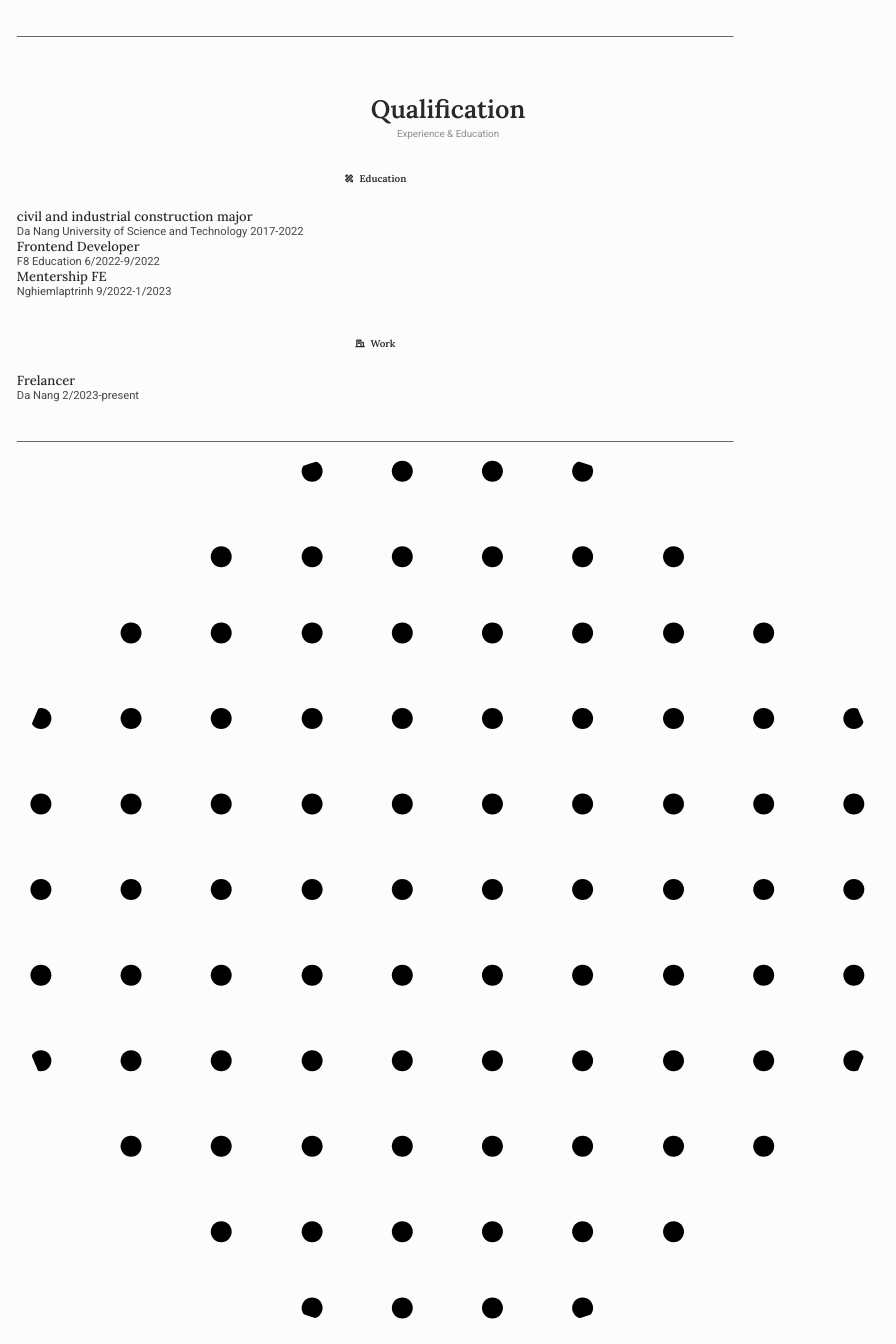
Repository: hnguyeng/myportfoliohongnguyen
Page: index.html
An editor plug-in stored every save of this project. The page is shown before and after the next save, followed by the edit.
The browser window is 1280 px wide. The pictures show the part of the page from y = 3108 to 5028 px (the page is 5304 px tall before and 5368 px after), at 70% of full size.
Some web libraries are served in a nearby version.

Above is the page before, as saved 2023-07-18 16:03:59.

### index.html
<!DOCTYPE html>
<html lang="en">
<head>
    <meta charset="UTF-8">
    <meta name="viewport" content="width=device-width, initial-scale=1.0">
    <title>Document</title>
    <link rel="stylesheet" href="./assets/css/style.css">
    <!-- remixicon -->
    <link href="https://cdn.jsdelivr.net/npm/remixicon@3.4.0/fonts/remixicon.css" rel="stylesheet">
    <!-- google fonts -->
    <link rel="preconnect" href="https://fonts.googleapis.com">
    <link rel="preconnect" href="https://fonts.gstatic.com" crossorigin>
    <link href="https://fonts.googleapis.com/css2?family=Inter:wght@600&family=Lobster&family=Lora:wght@400;500;600&family=Permanent+Marker&family=Poppins:wght@300;400;500;600;700;800;900&family=Roboto:wght@400;500&display=swap" rel="stylesheet">
</head>
<body>
    <!-- header -->
    <header class="header" id="header">
        <nav class="nav container">
            <a href="#" class="nav__logo">
                HongNguyen
            </a>
            <div class="nav__menu" id="nav-menu">
                <ul class="nav__list grid">
                    <li class="nav__item">
                        <a href="#home" class="nav__link">
                            <i class="ri-home-5-line"></i> Home
                        </a>
                    </li>
                    <li class="nav__item">
                        <a href="#skills" class="nav__link">
                            <i class="ri-trophy-line"></i> Skills
                        </a>
                    </li>
                    <li class="nav__item">
                        <a href="#qualification" class="nav__link">
                            <i class="ri-book-open-line"></i> Qualification
                        </a>
                    </li>
                    <li class="nav__item">
                        <a href="#services" class="nav__link">
                            <i class="ri-briefcase-line"></i> Services
                        </a>
                    </li>
                    <li class="nav__item">
                        <a href="#projects" class="nav__link">
                            <i class="ri-briefcase-line"></i> Projects
                        </a>
                    </li>
                    <li class="nav__item">
                        <a href="#contact" class="nav__link">
                            <i class="ri-chat-3-line"></i> Contact
                        </a>
                    </li>

                </ul>
                <!-- close button -->
                <div class="nav__close" id="nav-close">
                    <i class="ri-close-line"></i>
                </div>
            </div>
            <div class="nav__buttons">
                <!-- Theme change button -->
                <!-- <i class="ri-moon-line change theme" id="theme-button"></i> -->
                <!-- Toggle button -->
                <div class="nav__toggle" id="nav-toggle">
                    <i class="ri-menu-4-line"></i>
                </div>
            </div>
        </nav>
    </header>
    <!-- main -->
    <main class="main">
        <!-- ==============HOME=============== -->
        <section class="home section" id="home">
            <div class="home__container container grid section__border">
                <div class="home__data grid">
                    <h1 class="home__title">
                        Hi, I'm Hong <br>
                        Frontend Developer <br>
                        Based in Da Nang <br>
                    </h1>
                    <div class="home__blob grid">
                        <div class="home__perfil">
                            <img src="./assets/imgs/perfil.png" alt="home perfil">
                        </div>
                        <img src="./assets/imgs/shape-wawes.svg" alt="" class="home__shape-wawes">
                        <img src="./assets/imgs/shape-circle.svg" alt="" class="home__shape-circle">
                    </div>
                    <ul class="home__social">
                        <a href="https://www.linkedin.com/in/hongnguyen22/" target="_blank" class="home__social-link">
                            <i class="ri-linkedin-box-line"></i>
                        </a>
                        <a href="https://github.com/hnguyeng" target="_blank" class="home__social-link">
                            <i class="ri-github-line"></i>
                        </a>
                        <a href="https://www.facebook.com/Hin229" target="_blank" class="home__social-link">
                            <i class="ri-facebook-circle-fill"></i>
                        </a>
                    </ul>
                </div>
                <!-- ==============HOME INFO 1=============== -->
                <div class="home__info">
                    <div>
                        <h3 class="home__info-title">
                            BIOGRAPHY
                        </h3>
                        <p class="home__info-description">
                            Hi, I'm Hong, Frontend Developer.
                            Passionate about designing beautiful web interfaces.
                        </p>
                    </div>
                    <div>
                        <h3 class="home__info-title">
                            CONTACT
                        </h3>
                        <p class="home__info-description">
                            Ngu Hanh Son, Da Nang <br>
                            quanghong22091999@gmail.com <br>
                            +84 352927756 <br>
                        </p>
                    </div>
                    <div>
                        <h3 class="home__info-title">
                            SERVICES
                        </h3>
                        <p class="home__info-description">
                            Website Design <br>
                        </p>
                    </div>
                </div>
                <!-- ==============HOME INFO 2=============== -->
                <div class="home__info">
                    <div>
                        <h3 class="home__info-title">
                            YEARS OF EXPERIENCE
                        </h3>
                        <p class="home__info-number">
                        06+
                        </p>
                    </div>
                    <div>
                        <h3 class="home__info-title">
                            COMPLETED PROJECTS
                        </h3>
                        <p class="home__info-number">
                            03+
                        </p>
                    </div>
                    <div>
                        <h3 class="home__info-title">
                            COMPANIES WOKED
                        </h3>
                        <p class="home__info-number">
                            01+
                        </p>
                    </div>
                </div>
            </div>
        </section>
        <!-- ================SKILLS=========== -->
        <section class="skills section" id="skills">
            <h2 class="section__title">Skills</h2>
            <span class="section__subtitle">My favorite skills</span>
            <div class="skills__container container grid section__border">
                <!-- ================SKILLs1=========== -->
                <div class="skills__content">
                    <h3 class="skills__title">
                        <i class="ri-braces-line"></i> Frontend Deverloper
                    </h3>

                    <div class="skills__info">
                        <div class="skills__data">
                            <div class="skills__blob">
                                <img src="./assets/imgs/html-1.svg" alt="skills image">
                            </div>

                            <h3 class="skills__name">HTML</h3>
                            <span class="skills__subtitle">Intermediate</span>
                        </div>
                    </div>
                    <div class="skills__info">
                        <div class="skills__data">
                            <div class="skills__blob">
                                <img src="./assets/imgs/css-3.svg" alt="skills image">
                            </div>
                            <h3 class="skills__name">CSS</h3>
                            <span class="skills__subtitle">Intermediata</span>
                        </div>
                    </div>
                    <div class="skills__info">
                        <div class="skills__data">
                            <div class="skills__blob">
                                <img src="./assets/imgs/logo-javascript.svg" alt="skills image">
                            </div>
                            <h3 class="skills__name">Javascript</h3>
                            <span class="skills__subtitle">Intermediate</span>
                        </div>
                    </div>
                    <div class="skills__info">
                        <div class="skills__data">
                            <div class="skills__blob">
                                <img src="./assets/imgs/react-2.svg" alt="skills image">
                            </div>
                            <h3 class="skills__name">React</h3>
                            <span class="skills__subtitle">Basic</span>
                        </div>
                    </div>
                    <div class="skills__info">
                        <div class="skills__data">
                            <div class="skills__blob">
                                <img src="./assets/imgs/git-icon.svg" alt="skills image">
                            </div>
                            <h3 class="skills__name">Git</h3>
                            <span class="skills__subtitle">Intermediate</span>
                        </div>
                    </div>
                </div>
                <!-- ================SKILLs2=========== -->
                <div class="skills__content">
                    <h3 class="skills__title">
                        <i class="ri-pantone-line"></i> web Designer
                    </h3>
                    </div>
                    <div class="skills__info">
                        <div class="skills__data">
                            <div class="skills__blob">
                                <img src="./assets/imgs/figma-1.svg" alt="skills image">
                            </div>
                            <h3 class="skills__name">Figma</h3>
                            <span class="skills__subtitle">Basic</span>
                        </div>
                    </div>
                    <div class="skills__info">
                        <div class="skills__data">
                            <div class="skills__blob">
                                <img src="./assets/imgs/adobe-xd-2.svg" alt="skills image">
                            </div>
                            <h3 class="skills__name">Adobe XD</h3>
                            <span class="skills__subtitle">Basic</span>
                        </div>
                    </div>
                    <div class="skills__info">
                        <div class="skills__data">
                            <div class="skills__blob">
                                <img src="./assets/imgs/adobe-photoshop-2.svg" alt="skills image">
                            </div>
                            <h3 class="skills__name">Adobe Photoshp</h3>
                            <span class="skills__subtitle">Basic</span>
                        </div>
                    </div>
                </div>
            </div>
        </section>
        <!-- =============QUALIFICATION============= -->
        <section class="qualification section" id="qualification">
            <h2 class="section__title">Qualification</h2>
            <span class="section__subtitle">Experience & Education</span>

            <div class="qualifiation__container container grid section__border">
                <!-- =============QUALIFICATION 1============= -->
                <div class="qualification__content">
                    <h3 class="qualification__title">
                        <i class="ri-pencil-ruler-2-line"></i>Education
                    </h3>

                    <div class="qualification__info">
                        <div>
                            <h3 class="qualification__name">
                                civil and industrial construction major
                            </h3>
                            <span class="qualification__country">Da Nang University of Science and Technology</span>
                            <span class="qualification__year">2017-2022</span>
                        </div>

                        <div>
                            <h3 class="qualification__name">
                                Frontend Developer
                            </h3>
                            <span class="qualification__country">F8 Education</span>
                            <span class="qualification__year">6/2022-9/2022</span>
                        </div>

                        <div>
                            <h3 class="qualification__name">
                                Mentership FE
                            </h3>
                            <span class="qualification__country">Nghiemlaptrinh</span>
                            <span class="qualification__year">9/2022-1/2023</span>
                        </div>
                    </div>
                </div>
                 <!-- =============QUALIFICATION 2============= -->
                 <div class="qualification__content">
                    <h3 class="qualification__title">
                        <i class="ri-building-line"></i> Work
                    </h3>

                    <div class="qualification__info">
                        <div>
                            <h3 class="qualification__name">
                                Frelancer
                            </h3>
                            <span class="qualification__country">Da Nang</span>
                            <span class="qualification__year">2/2023-present</span>
                        </div>
                    </div>
                </div>
            </div>
            <img src="./assets/imgs/shape-circle.svg" alt="qualification image" class="qualiication__img">
        </section>
        <!-- =====================SERVICES================= -->
        <section class="services section" id="servives"></section>
        <!-- ====================PROJECTS=================== -->
        <section class="projects section" id="projects"></section>
        <!-- ===============TESTIMONIAL============== -->
        <section class="testimonial section"></section>
    </main>

    <script src="./assets/js/main.js"></script>
</body>
</html>

### assets/css/style.css
/* =============VARIABLES CSS============ */
:root {
    --header-height: 3.5rem;
    /* ========= Colors ========== */
    /*Colors mode HSL(hue, saturation, lightness)*/
    --first-color: hsl(207, 65%, 65%);
    --title-color: hsl(207, 4%, 16%);
    --text-color: hsl(207, 4%, 28%);
    --text-color-light: hsl(207, 4%, 56%);
    --body-color: hsl(207, 4%, 99%);
    --container-color: hsl(207, 4%, 95%);
    /* Change the first number */
    /* Blue: 207 - Purple: 250 - Pink: 356 - Teal: 174 */
    --gradient-color: linear-gradient(180deg,
                         hsla(207, 48%, 72%, 0),
                         hsla(207, 65%, 65%, 1));
    /* ========== Font and typography ========== */
    /*.5rem = 8px | 1rem = 16px ... */
    --body-font: 'Roboto', sans-serif;
    --title-font: 'Lora', serif;
    --biggest-font-size: 1.5rem;
    --h1-font-size: 1.5rem;
    --h2-font-size: 1.25rem;
    --h3-font-size: 1rem;
    --normal-font-size:.938rem;
    --small-font-size:.813rem;
    --smaller-font-size:.75rem;
    --tiny-font-size:.625rem;
    /* ==========Font weight======== */
    --font-medium: 500;
    --font-semi-bold: 600;
    /* ===========z index======== */
    --z-normal: 1;
    --z-tooltip: 10;
    --z-fixed: 100;
}
/* Reponsive typographt */
@media screen and (min-width: 1024px) {
    :root {
        --biggest-font-size: 3rem;
        --h1-font-size: 2.25rem;
        --h2-font-size: 1.rem;
        --h3-font-size: 1.25rem;
        --normal-font-size: 1rem;
        --small-font-size: .875rem;
        --smaller-font-size: .813rem;
        --tiny-font-size: .688rem;
    }
}
/* ===============BASE============= */
*{
    margin: 0;
    padding: 0;
    box-sizing: border-box;
}
html{
    scroll-behavior: smooth;
}
body{
    font-family: var(--body-font);
    font-size: var(--normal-font-size);
    background-color:var(--body-color);
    color: var(--text-color);
}
h1,h2,h3{
    color: var(--title-color);
    font-family: var(--title-font);
    font-weight: var(--font-medium);
}
ul{
    list-style: none;
}
a{
    text-decoration: none;
}
img{
    width: 100%;
    height: auto;
}
/* ===========REUSABLE CSS CLASSES============ */
.container{
    max-width: 1024px;
    margin-inline: 1.5rem;
}
.grid{
    display: grid;
    gap: 1.5rem;
}
.section{
    padding-block: 2.5rem;
}
.section__border{
    border-bottom: 1px solid var(--title-color);
    padding-bottom: 3.5rem;
}
.section__title,
.section__subtitle{
    text-align: center;
}
.section__title{
    font-size: var(--h1-font-size);
    font-weight: var(--font-semi-bold);
    margin-bottom: .25rem;
}
.section__subtitle{
    display: block;
    font-size: var(--small-font-size);
    color: var(--text-color-light);
    margin-bottom: 3rem;
}
.main{
    overflow: hidden;
}
/* ============= HEADER AND NAV ============ */
.header{
    width: 100%;
    position: fixed;
    bottom: 2rem;
    left: 0;
    z-index: var(--z-fixed);
}
.nav{
    height: calc(var(--header-height) + .5rem);
    display: flex;
    justify-content: space-between;
    align-items: center;
    background-color: var(--body-color);
    box-shadow: 0 4px 20px hsla(207, 24%, 35%, .1);
    padding-inline: 1.5rem;
    border-radius: 3rem;
}
.nav__logo,
.nav__toggle,
.nav__close{
    color: var(--title-color);
}
.nav__logo{
    font-weight: var(--font-medium);
    font-family: var(--title-font);
}
.nav__toggle{
    display: flex;
    font-size: 1.25rem;
    cursor: pointer;
}
@media screen and (max-width:1023px) {
    .nav__menu{
        position: fixed;
        width: 88%;
        right: 0;
        left: 0;
        bottom: -60%;
        margin: 0 auto;
        background-color: var(--body-color);
        box-shadow: 0 4px 20px hsla(207, 24%, 35%, .1);
        padding: 2rem 1.5rem 5rem;
        border-radius: 2rem;
        transition: bottom .3s;
    }
}
.nav__list{
    grid-template-columns: repeat(3, max-content);
    justify-content: center;
    gap: 2rem 3rem;
}
.nav__link{
    display: flex;
    flex-direction: column;
    align-items: center;
    row-gap: .25rem;
    font-size: var(--smaller-font-size);
    color: var(--text-color-light);
    transition: color .3s;
}
.nav__link:hover{
    color: var(--title-color);
}
.nav__link i{
    font-size: 1.25rem;
}
.nav__close{
    position: absolute;
    right: 1.5rem;
    bottom: .7rem;
    font-size: 1.5rem;
    cursor: pointer;
}
/* Show menu  */
.show-menu{
    bottom: 2rem;
}
/* Active link  */
/* =================HOME=============== */
.home__container{
    row-gap: 4rem;
    padding-top: 2rem;
}
.home__data{
    row-gap: 1.5rem;
}
.home__title{
    text-align: center;
    font-size: var(--biggest-font-size);
    letter-spacing: .3px;
    margin-bottom: .5rem;
}
.home__blob{
    position: relative;
    width: 200px;
    height: 290px;
    background-color: var(--body-color);
    border: 2px solid var(--text-color-light);
    justify-self: center;
    border-radius: 6.25rem;
    place-items: center;
}
.home__perfil{
    width: 170px;
    height: 260px;
    background: var(--gradient-color);
    border-radius: 5.5rem;
    overflow: hidden;
    display: flex;
    justify-content: center;
    align-items: flex-end;
}
.home__perfil img{
    height: 260px;
    object-fit: cover;
}
.home__shape-wawes,
.home__shape-circle{
    position: absolute;
    opacity: .1;
}
.home__shape-wawes{
    width: 50px;
    left: -1.5rem;
    top: 5rem;
}
.home__shape-circle{
    width: 150px;
    bottom: -2rem;
    right: -3rem;
    transform: rotate(15deg);
    z-index: -1;
}
.home__social{
    justify-self: center;
    display: flex;
    column-gap: 1.25rem;
}
.home__social-link{
    font-size: 1.25rem;
    color: var(--text-color-light);
    transition: color .3s;
}
.home__social-link:hover{
    color: var(--title-color);
}
.home__info{
    display: grid;
    row-gap: 2rem;
}
.home__info-title{
    font-size: var(--smaller-font-size);
    font-family: var(--body-font);
    font-weight: 400;
    color: var(--text-color-light);
    margin-bottom: 1rem;
}
.home__info-description,
.home__info-number{
    font-family: var(--title-font);
    color: var(--title-color);
}
.home__info-description{
    padding-right: 4rem;
}
.home__info-number{
    font-weight: var(--font-semi-bold);
    font-size: var(--h1-font-size);
}
/* ================skills============= */
.skills__container{
    row-gap: 3.5rem;
}
.skills__title{
    display: flex;
    justify-content: center;
    align-items: center;
    column-gap: .5rem;
    font-size: var(--small-font-size);
    font-weight: var(--font-semi-bold);
    margin-bottom: 2.5rem;
}
.skills__title i{
    font-size: 1rem;
    font-weight: initial;
}
.skills__info,
.skills__data,
.skills__blob{
    display: grid;
}
.skills__info{
    grid-template-columns: repeat(3, 1fr);
    gap: 2.5rem 2rem;
}
.skills__data{
    justify-content: center;
    text-align: center;
}
.skills__blob{
    width: 80px;
    height: 100px;
    background-color: var(--container-color);
    border-radius: 3rem;
    place-items: center;
    margin-bottom: 1rem;
}
.skills__blob img{
    width: 40px;
}
.skills__name{
    font-size: var(--small-font-size);
    margin-bottom:.25rem;
}
.skills__subtitle{
    font-size: var(--tiny-font-size);
    color: var(--text-color-light);
}
/* animation skills  */
.skills__blob:hover img{
    animation: bounce-skills .6s;
}
@keyframes bounce-skills{
    0%{
        transform: translate(0);
    }
    20%{
        transform: translateY(-6px);
    }
    40%{
        transform: translate(0);
    }
    60%{
        transform: translateY(-3px);
    }
    80%{
        transform: translate(0);
    }
}
/* =====================QUALIFICATION==================== */
.qualification{
    position: relative;
}
.qualifiation__container{
    row-gap: 3.5rem;
}
.qualification__title{
    display: flex;
    justify-content: center;
    align-items: center;
    column-gap: .5rem;
    font-size: var(--small-font-size);
    font-weight: var(--font-semi-bold);
    margin-bottom: 2rem;
}

Loaded but not shown: assets/js/main.js (29 lines, source omitted)

After the next save:
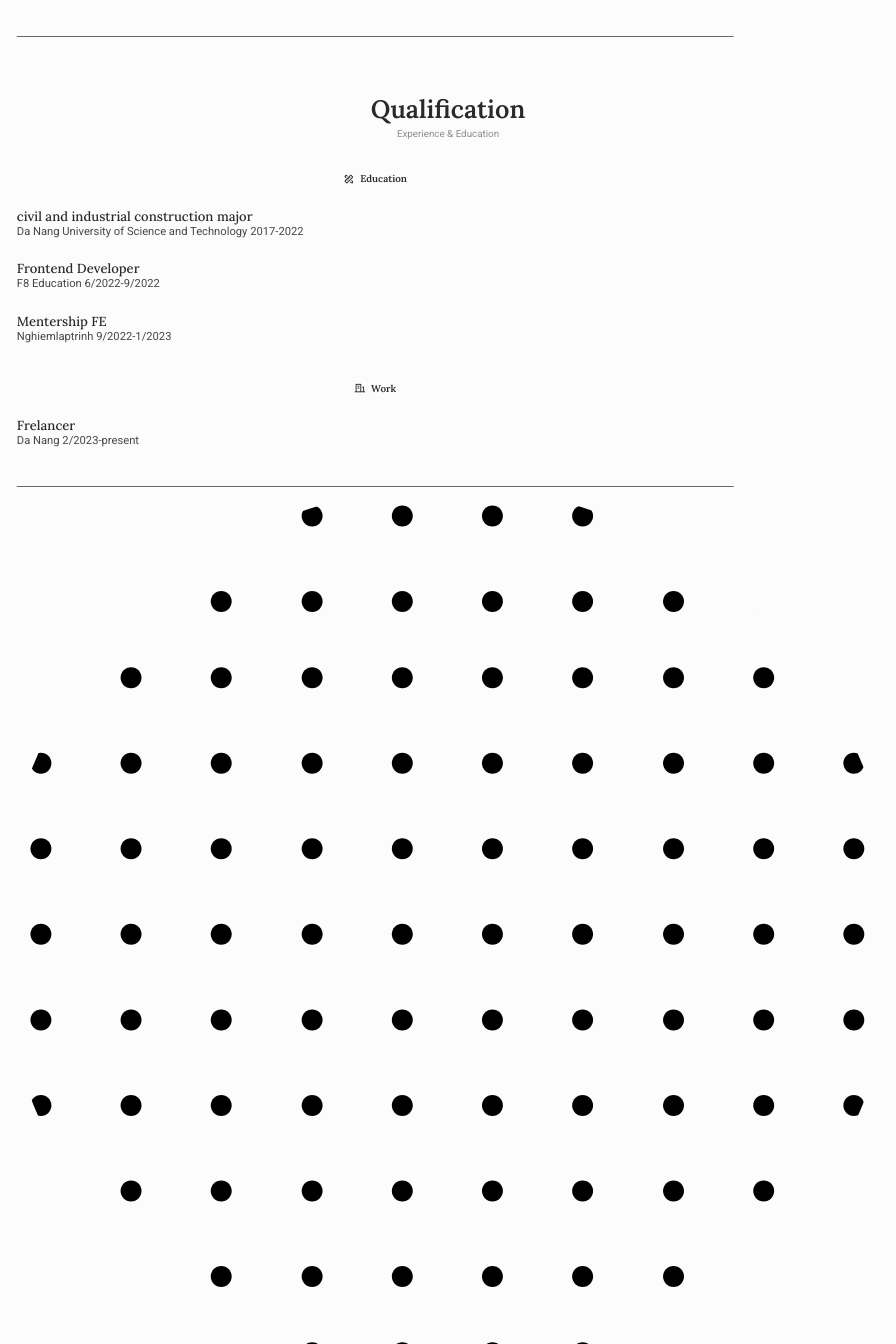
Saved 110 s later.
--- a/assets/css/style.css
+++ b/assets/css/style.css
@@ -367,3 +367,11 @@ img{
     font-weight: var(--font-semi-bold);
     margin-bottom: 2rem;
 }
+.qualification__title i{
+    font-size: 1rem;
+    font-weight: initial;
+}
+.qualification__info{
+    display: grid;
+    row-gap: 2rem;
+}
